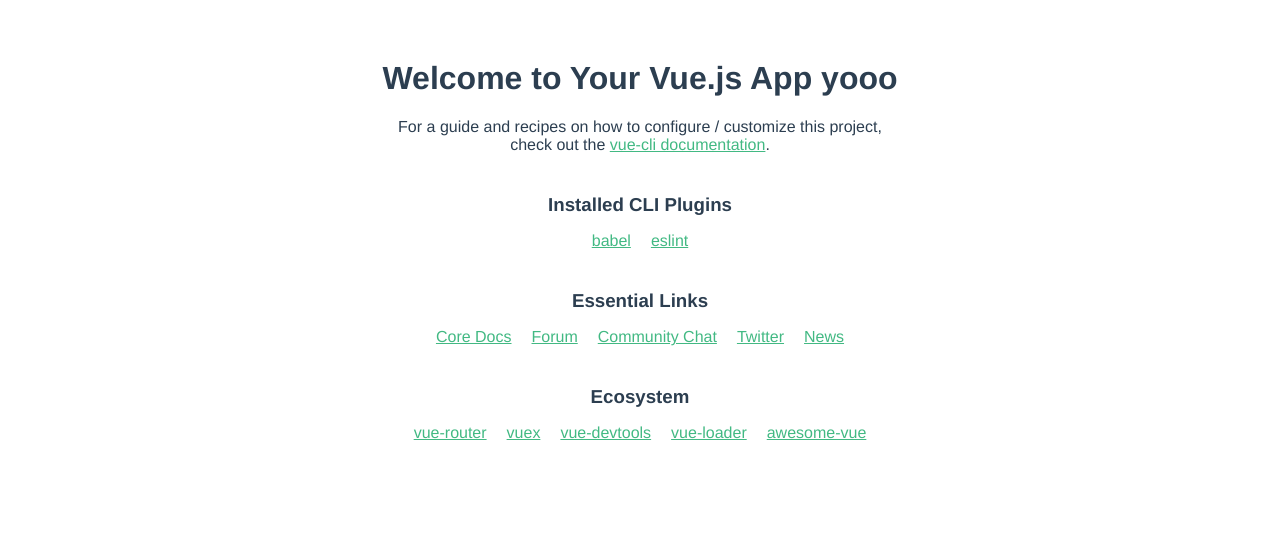
Repository: nosplashurinal/akd-blog
Page: /
The author's editor kept a copy of each file at every save. The page is drawn from the files as they stood at one save, then again after the next save.
The browser window is 1280 px wide. The pictures show the whole page.
The project was rebuilt for these pictures with package versions that can differ from the ones it lists, and the page was loaded fresh each time.

Above is the page before, as saved 2019-01-21 18:21:46.

After the next save:
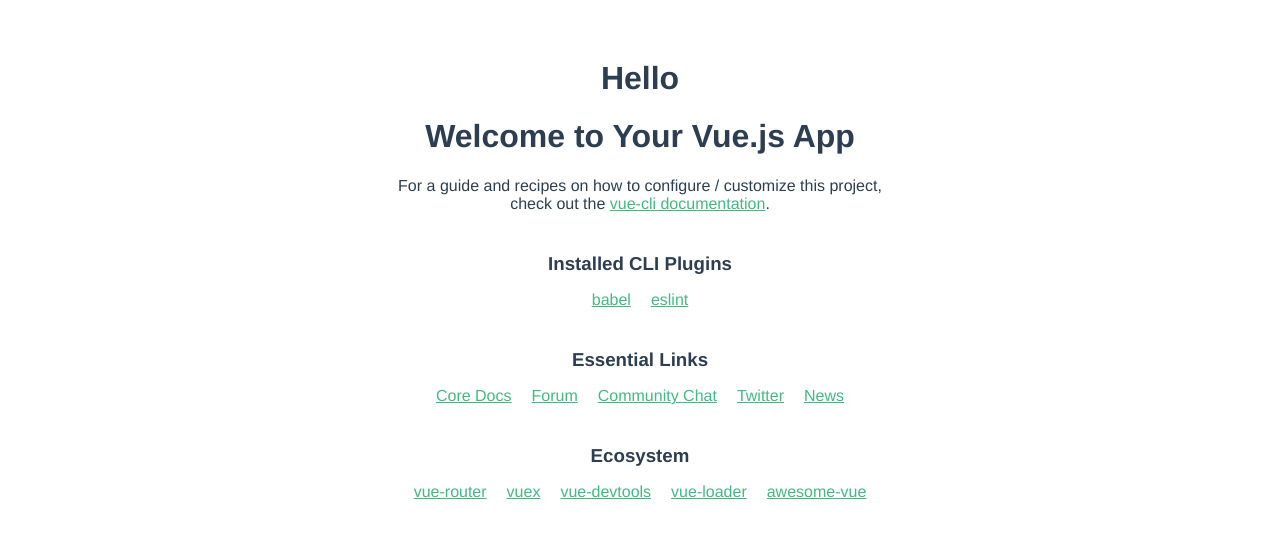
Saved 23 s later.
--- a/src/App.vue
+++ b/src/App.vue
@@ -1,6 +1,7 @@
 <template>
   <div id="app">
-    <HelloWorld msg="Welcome to Your Vue.js App yooo"/>
+    <h1 class="title">Hello</h1>
+    <HelloWorld msg="Welcome to Your Vue.js App"/>
   </div>
 </template>
 
